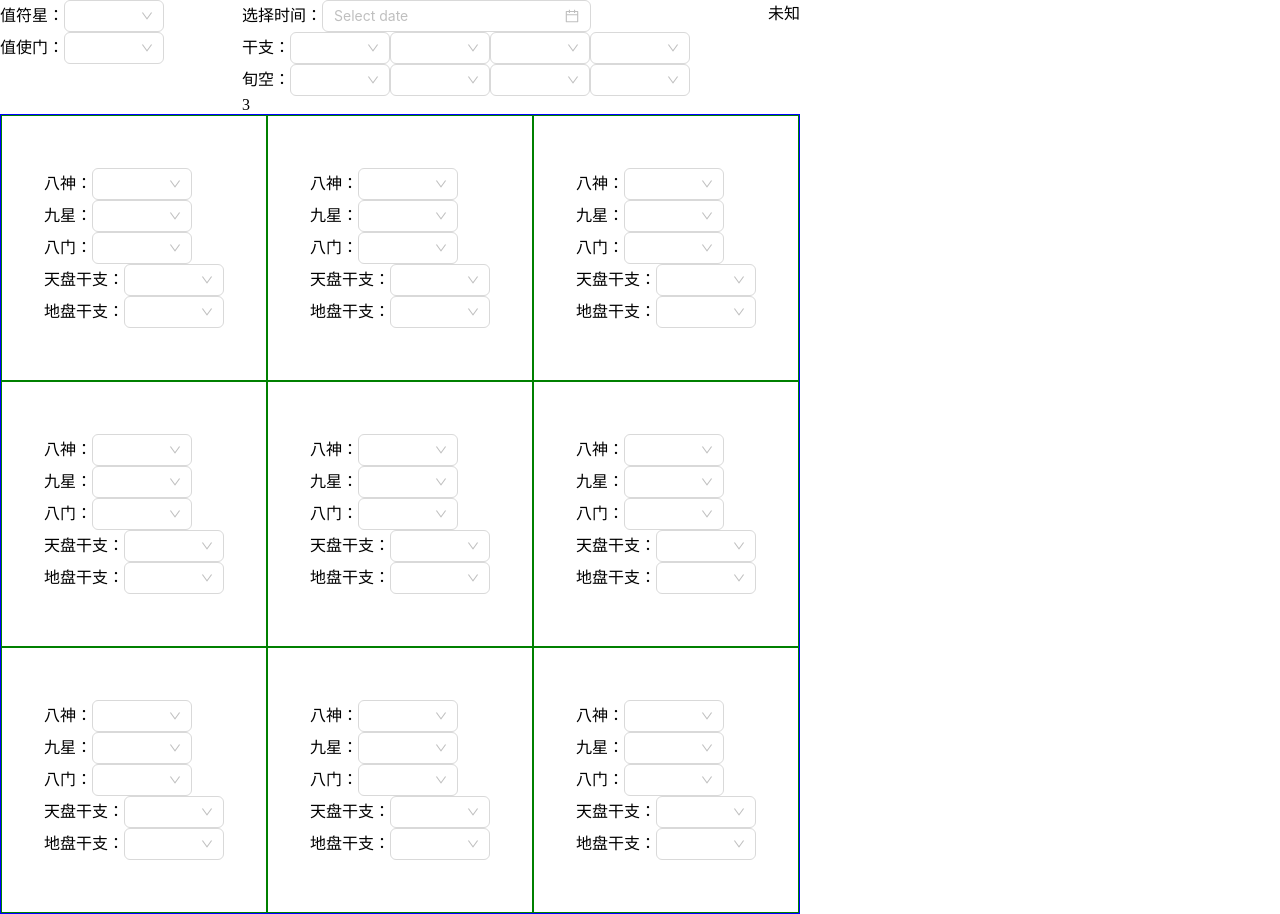
Repository: DaozhangChen/qiMen
Page: /
The author's editor kept a copy of each file at every save. The page is drawn from the files as they stood at one save, then again after the next save.
The browser window is 1280 px wide. The pictures show the whole page.
The project was rebuilt for these pictures with package versions that can differ from the ones it lists, and the page was loaded fresh each time. Also part of the build but not shown: vite.config.js.

Above is the page before, as saved 2024-04-05 22:50:07.

After the next save:
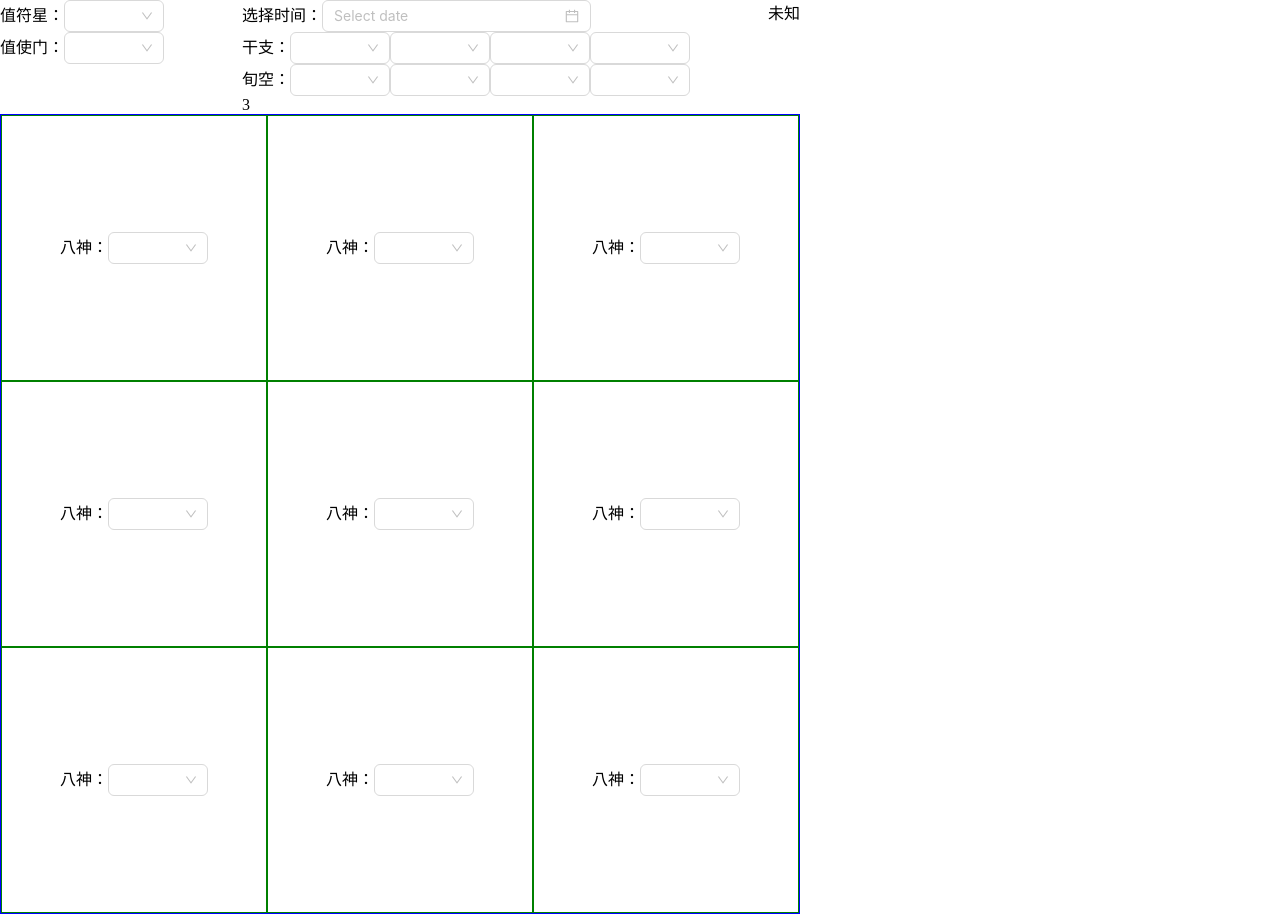
Saved 7 min 27 s later.
--- a/src/compoment/Sudoku.jsx
+++ b/src/compoment/Sudoku.jsx
@@ -45,10 +45,10 @@ function Sudoku() {
                             <li className="sudoku-cell">
                                 <ul>
                                     <li className="god">八神：<span><InfoSelect type="god" setDetailInfo={setDetailInfo} area={value.number} /></span></li>
-                                    <li className="star">九星：<span><InfoSelect type="star" setDetailInfo={setDetailInfo} area={value.number} /></span></li>
+                                    {/* <li className="star">九星：<span><InfoSelect type="star" setDetailInfo={setDetailInfo} area={value.number} /></span></li>
                                     <li className="door">八门：<span><InfoSelect type="door" setDetailInfo={setDetailInfo} area={value.number} /></span></li>
                                     <li className="upStem">天盘干支：<span><InfoSelect type="upStem" setDetailInfo={setDetailInfo} area={value.number} /></span></li>
-                                    <li className="downStem">地盘干支：<span><InfoSelect type="downStem" setDetailInfo={setDetailInfo} area={value.number} /></span></li>
+                                    <li className="downStem">地盘干支：<span><InfoSelect type="downStem" setDetailInfo={setDetailInfo} area={value.number} /></span></li> */}
                                 </ul>
                             </li>
                         </ul>
